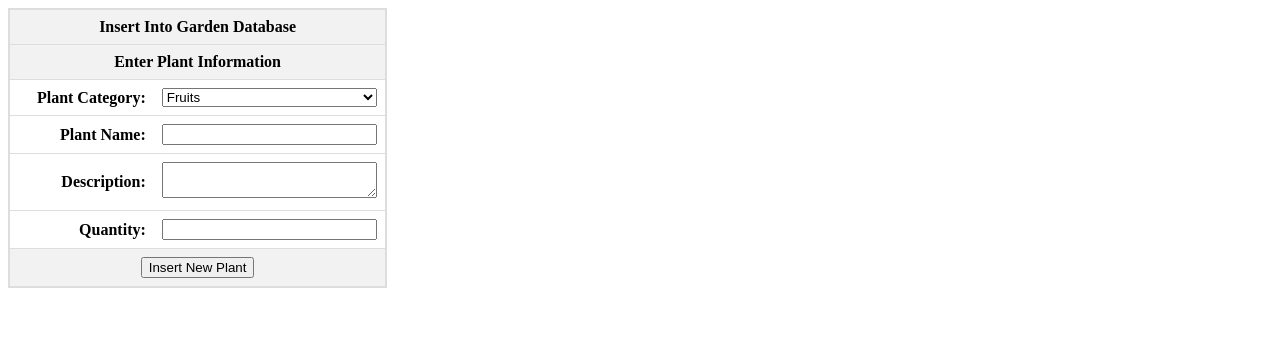
Repository: bkyncl/csd-430
Page: http://localhost/kyncl_08/form.jsp
The author's editor kept a copy of each file at every save. The page is drawn from the files as they stood at one save, then again after the next save.
The browser window is 1280 px wide. The pictures show the whole page.
The page is served by Tomcat 9.

Above is the page before, as saved 2023-07-04 06:16:29.

After the next save:
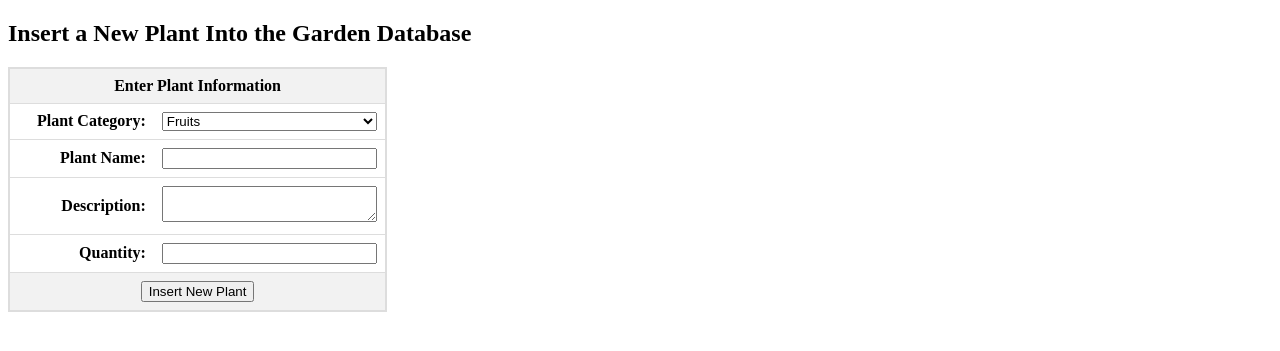
Saved 93 s later.
--- a/kyncl_08/src/main/webapp/form.jsp
+++ b/kyncl_08/src/main/webapp/form.jsp
@@ -40,10 +40,8 @@
 </style>
 </head>
 <body>
+	<h2>Insert a New Plant Into the Garden Database</h2>
 	<table>
-		<tr>
-	        <th colspan="3">Insert Into Garden Database</th>
-	    </tr>
 	    <tr>
 	        <th colspan="3">Enter Plant Information</th>
 	    </tr>
